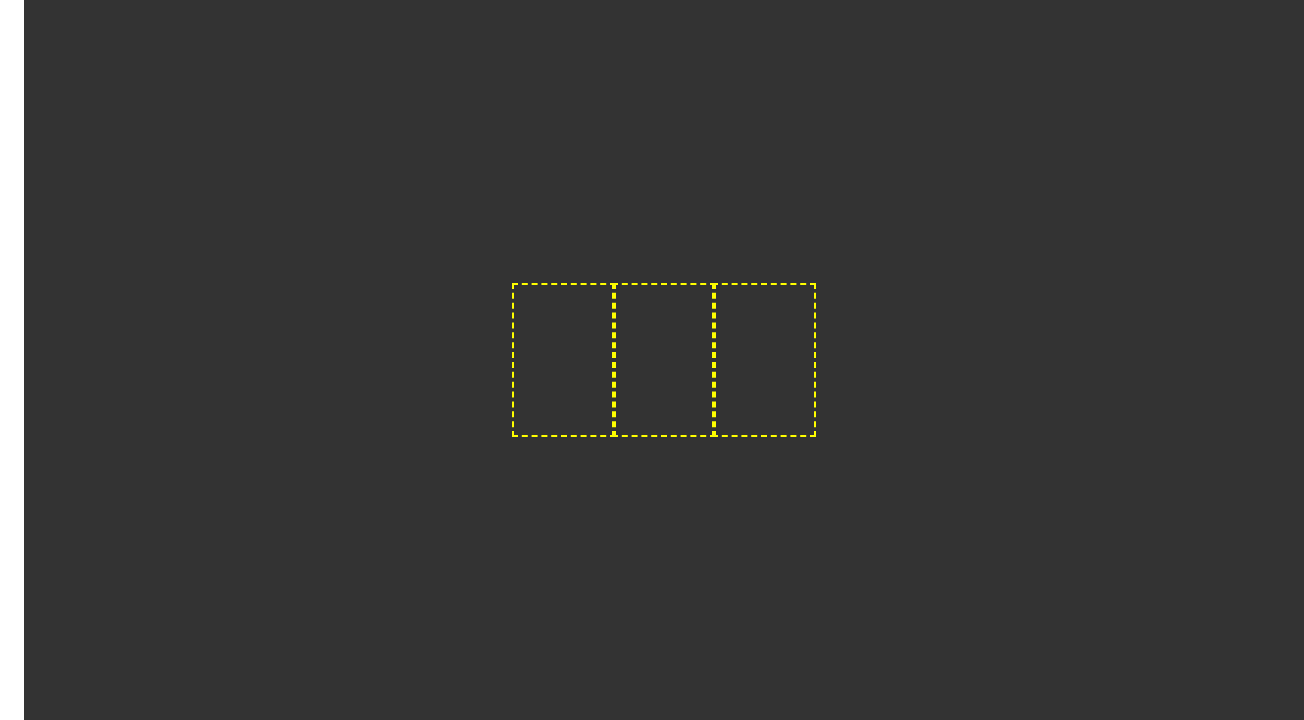
Repository: YEOMJINSEOP/CSSLab
Page: / (app in csslab/)
The author's editor kept a copy of each file at every save. The page is drawn from the files as they stood at one save, then again after the next save.
The browser window is 1280 px wide. The page is 1304 px wide, so the pictures cover 1304 px, including what lies to the right of the window. The pictures show the whole page.
The project was rebuilt for these pictures with package versions that can differ from the ones it lists, and the page was loaded fresh each time. Also part of the build but not shown: csslab/src/components/Basic3d.jsx.

Above is the page before, as saved 2023-05-17 23:27:44.

### csslab/src/App.js
import logo from './logo.svg';
import './App.css';
import Basic3d from './components/Basic3d';
import ThreeDoors from './components/ThreeDoors';

function App() {
  return (
    <div className="App">
      <ThreeDoors/>
      {/* <Basic3d/> */}
      {/* <div className="container">
        <div className="item">AAA</div>
        <div className="item">B</div>
        <div className="item">CCCCC</div>
        <div className="item">EE</div>
        <div className="item">FFF</div>
      </div> */}
    </div>
  );
}

export default App;

### csslab/src/App.css
body {
  background: transparent; /* Make it white if you need */
  color: #fcbe24;
  padding: 0 24px;
  margin: 0;
  height: 100vh;
}

.world {
  perspective: 500px;
  width: 80vw;
  height: 80vh;
  background-color: lightblue;
  display: flex;
  align-items: center;
  justify-content: center;
}

.card {
  position: relative;
  width: 100px;
  height: 150px;
  margin: 1em;
  transition: 1s;
  transform: rotateY(0deg);
  transform-style: preserve-3d; /*world에 perspective를 줘서 3D효과가 나는 것인데, card 까지는 전파가 되지만, card 안에 있는 card-sid에는 적용이 되지 않는다. 이를 전파해주기 위해 사용한다.*/
  /* transform-origin: left; */
}

.card-side {
    display: flex;
    align-items: center;
    justify-content: center;
    border-radius: 0.5em;
    font-size: 1.5rem;

    position: absolute;
    left: 0;
    top: 0;
    width: 100%;
    height: 100%;
    -webkit-backface-visibility: hidden; /* for Safari */
    backface-visibility: hidden;
}

.card-side-front{
  background-color:  white;
  z-index: 1;
}

.card-side-back{
  background-color:  lightcoral;
  transform: rotateY(180deg);
}


.world:hover .card {
  transform: rotateY(180deg);
}

### csslab/src/components/ThreeDoors.jsx
import React from 'react';
import styles from './ThreeDoors.module.css';

function ThreeDoors(props) {
  return (
    <div className={styles.stage}>
      <div className={styles.door}>
        <div className={styles.doorBack}>
          <div className={styles.ilbuni}></div>
        </div>
        <div className={styles.doorBody}></div>
      </div>
      <div className={styles.door}>
        <div className={styles.doorBack}>
          <div className={styles.ilbuni}></div>
        </div>
        <div className={styles.doorBody}></div>
      </div>
      <div className={styles.door}>
        <div className={styles.doorBack}>
          <div className={styles.ilbuni}></div>
        </div>
        <div className={styles.doorBody}></div>
      </div>
    </div>
  );
}

export default ThreeDoors;

### csslab/src/components/ThreeDoors.module.css
.stage {
  width: 100vw;
  height: 100vh;
  background-color: #333;
  display: flex;
  justify-content: center;
  align-items: center;
}

.door {
  width: 100px;
  height: 150px;
  outline: 2px dashed yellow;
}

Loaded but not shown: csslab/public/index.html (common file); csslab/src/index.js (common file); csslab/src/index.css (common file)

After the next save:
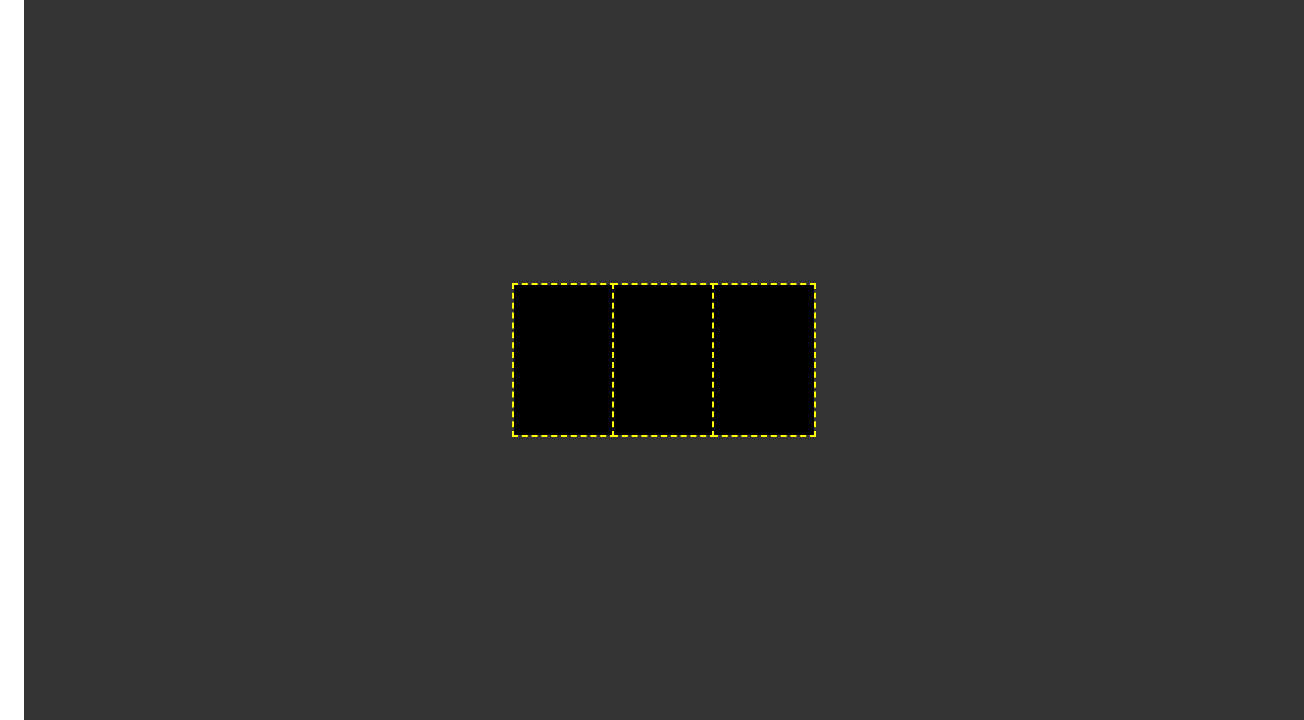
Saved 89 s later.
--- a/csslab/src/components/ThreeDoors.module.css
+++ b/csslab/src/components/ThreeDoors.module.css
@@ -8,7 +8,17 @@
 }
 
 .door {
+  position: relative;
   width: 100px;
   height: 150px;
   outline: 2px dashed yellow;
 }
+
+.doorBack{
+  position: absolute;
+  left: 0;
+  top: 0;
+  width: 100%;
+  height: 100%;
+  background-color: black;
+}
